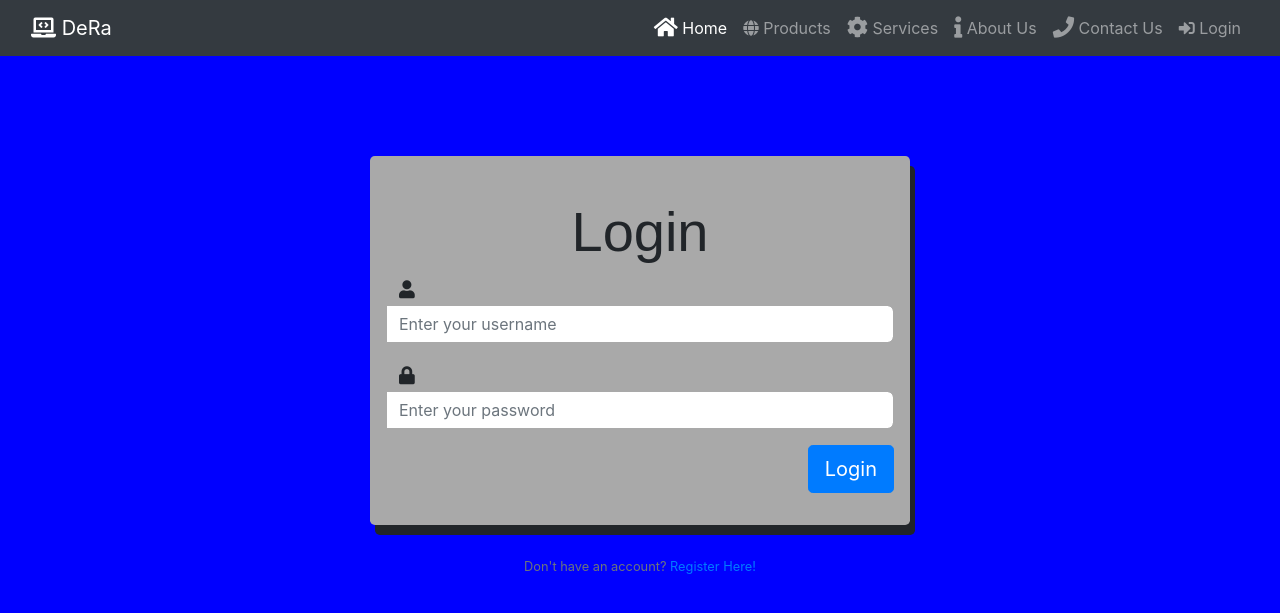
Repository: deividwsantoss/web6201-Lab1
Page: login.html
These files come from the project's save history. The page is drawn as it stood at one moment and after the next save; the edit follows.
The browser window is 1280 px wide. The pictures show the whole page.

Above is the page before, as saved 2021-03-03 16:29:58.

### login.html
<!DOCTYPE html>
<html lang="en">
<head>
    <meta charset="UTF-8">
    <meta name="viewport" content="width=device-width, initial-scale=1.0">
    <title>Login</title>
    <!-- CSS Section -->
    <link rel="stylesheet" href="./node_modules/bootstrap/dist/css/bootstrap.min.css">
    <link rel="stylesheet" href="./node_modules/@fortawesome/fontawesome-free/css/all.min.css">
    <link rel="stylesheet" href="./Content/app.css">
</head>
<body class="bodyLogin">
    <!-- Main Header -->
    <header>
        <!-- Main Navigation -->
        <header>
          <!-- Main Navegation-->
          <nav class="navbar navbar-expand-lg navbar-dark bg-dark">
              <div class="container-fluid">
                <a class="navbar-brand" href="index.html"><i class="fas fa-laptop-code"></i> DeRa</a>
                <button class="navbar-toggler" type="button" data-bs-toggle="collapse" data-bs-target="#navbarSupportedContent" aria-controls="navbarSupportedContent" aria-expanded="false" aria-label="Toggle navigation">
                  <span class="navbar-toggler-icon"></span>
                </button>
                <div class="collapse navbar-collapse" id="navbarSupportedContent">
                  <ul id="mainUl" class="navbar-nav ml-auto mb-2 mb-lg-0">
                    <li class="nav-item">
                      <a class="nav-link active" aria-current="page" href="index.html"><i class="fas fa-home fa-lg"></i> Home</a>
                    </li>
                    <li class="nav-item">
                      <a id="prod" class="nav-link" aria-current="page" href="products.html"><i class="fas fa-globe" name="prod"></i> Products</a>
                    </li>
                    <li class="nav-item">
                      <a class="nav-link" aria-current="page" href="services.html"><i class="fas fa-cog fa-lg"></i> Services</a>
                    </li>
                    <li class="nav-item">
                      <a id="aboutId" class="nav-link" aria-current="page" href="about.html"><i class="fas fa-info fa-lg"></i> About Us</a>
                    </li>
                    <li class="nav-item">
                      <a id="contactId" class="nav-link" aria-current="page" href="contact.html"><i class="fas fa-phone fa-lg"></i> Contact Us</a>
                    </li>
                    <li id="login" class="nav-item">
                      <a class="nav-link" aria-current="page" href="login.html"><i class="fas fa-sign-in-alt"></i> Login</a>
                    </li>
                  </ul>

                </div>
              </div>
            </nav>

      </header>

    <!-- Main Content -->
    <main class="container" id="mainContent">
      <div class="row">
          <div class="offset-md-3 col-md-6 col-sm-12">
                <div class="login" id="contentArea">
                    <h1 class="display-4">Login</h1>
                    <form id="loginForm" novalidate>

                      <div class="form-group">
                        <div class="input-group">
                          <span class="input-group-addon">
                            <i class="fa fa-user">
                            </i>
                          </span>
                          <input type="text" class="form-control" id="contactName" name="userName"  required
                          value="" placeholder="Enter your username">
                        </div>

                      </div>

                      <div class="form-group">
                        <div class="input-group">
                          <span class="input-group-addon">
                            <i class="fa fa-lock">
                            </i>
                          </span>
                          <input type="password" class="form-control" id="password" name="password"  required
                          value="" placeholder="Enter your password">
                        </div>

                      </div>
                      <div class="text-right">
                        <button id="submitButton" type="submit" class="btn btn-primary btn-lg">Login</button>
                      </div>
                    </form>

                </div>
                <p class="text-center text-muted small">
                  Don't have an account?
                  <a href="register.html">Register Here!</a>
                </p>
          </div>
      </div>
  </main>

    <!-- Main Footer -->


    <!-- Script Section-->
    <script src="./node_modules/jquery/dist/jquery.min.js"></script>
    <script src="./node_modules/bootstrap/dist/js/bootstrap.bundle.min.js"></script>
    <script src="./Scripts/namespace.js"></script>
    <script src="./Scripts/app.js"></script>
</body>
</html>

### Content/app.css
/* app.js

Author: Deivid Santos   ID: 100731640
Author: S m hasibur Rahman  ID:100765652

Date Completed: 02.04.2021
*/

html{
    height: 100%;
}
body{
    height: 100%;


}
.bg{
    background-image: url("Background-White.jpg");
    background-repeat: no-repeat;
    background-size: cover;
    background-position: center;
    opacity: 0.8;
    height: 100%;
}

.contactimage{
    background-image:url("contactimg.jpg");
    background-repeat: no-repeat;
    background-size: cover;
    background-position: center;
    opacity: 0.8;
}
.productsbg {
    background-image:url("productsbg.jpg");
    background-repeat: no-repeat;
    background-size: cover;
    background-position: center;
    opacity: 0.8;
    height: 778px;
}

.servicesbackgroud{
    height: 1200px;
    background-image:url("services.jpg");
    background-repeat: repeat;
    background-size: cover;
    background-position: center;
    opacity: 0.8;


}
.aboutus{
    background-image:url("bgimage.jpg");
    background-repeat: no-repeat;
    background-size: cover;
    background-position: center;
    opacity: 0.8;
}
#hrbg{
    background-image:url("hr.jpg");
    background-repeat: no-repeat;
    background-size: cover;
    background-position: center;
    opacity: 0.8;
}

#paragraphOne {
    color: black;
    font-size: 220%;
    margin-top: 25%;
    text-shadow: 2px 2px 4px #000;
    font-family: cursive;
    font-weight: bold;

}
h1{
    margin-top: 2%;
}

#custompg{
    width: 400px;

}

#projectsImg{
    width: 150px;
    margin-top: 10%;
}

#pic{
    width:310px; /* you can use % */
    height: auto;
}
/* */
#formId {
    margin-top: 5%;
}

#aboutmain{
    margin-top: 70px;
}
#dlParagraph{
    margin-top: 10%;
    margin-top: 20%;
    font-size: large;
    font-weight: bold;
}
#scotiaParagraph{
    margin-top: 15%;
    font-size: large;
    font-weight: bold;
}

#mainInformation{
    margin-top: 5%;
    margin-right: 0%;
    margin-left: 0%;
}
#mobileInfo{
    margin-top: 10%;
}

#canadianParagraph {
    margin-top: 15%;
    font-size: large;
    font-weight: bold;
}

.names {
    font-size: larger;
    font-weight: bold;
}

#hrMessage{
    text-align: center;
    margin-top: 200px;
    font-weight: bold;
    font-size: x-large;
}
.input-group-addon:first-child
{
    border-right: 0;
}

.input-group-addon
{
    padding: 6px 12px;
    font-size: 14px;
    font-weight: 400;
    line-height: 1;
    text-align: center;
    border: 1px solid darkgrey;
    border-radius: 4xpx;
}

.input-group-addon .fa
{
    font-size: 18px;
}

.input-group .form-control
{
    position:relative;
    z-index: 2;
    float:left;
    width: 100%;
    margin-bottom: 0;
}

.input-group .form-control:last-child
{
    border-top-left-radius: 0;
    border-bottom-left-radius: 0;
}



.login
{
    padding: 2rem 1rem;
    margin-bottom: 2rem;
    background-color: darkgray;
    border-radius: .3rem;
    margin-top: 100px;
    box-shadow: 5px 10px;
}

.login input
{
    background-color: white;
    border-color: darkgrey;
    border-radius: .4em;
    width: 100%;
}
.login h1{
    position: static;
    text-align:center;
    font-family: sans-serif;
}

body{
    background-color: blue;
}

### Scripts/namespace.js
/*
* Student: Deivid Santos
* ID: 100731640
*/

// namespace core

let core;

### Scripts/app.js
/* app.js

Author: Deivid Santos   ID: 100731640
Author: S m hasibur Rahman  ID:100765652

Date Completed: 02.04.2021
*/


"use strict";

((core) =>
{

    function addHr(){

        let navIn = document.getElementById("mainUl");

        let liCreate = document.createElement('li');

        liCreate.innerHTML = `<a id="prod" class="nav-link" aria-current="page" href="hr.html"><i class="fas fa-globe" name="prod"></i> Human Resources</a>`;

        navIn.insertBefore(liCreate, navIn.getElementsByTagName("li")[4]);

    }

    function addFooter(){


        const body = document.body;
        let footerNav = document.createElement('footer');

        footerNav.innerHTML = `<nav class="navbar fixed-bottom navbar-light bg-light">
        <div class="container-fluid">
          <h4 ><i class="fas fa-copyright fa-sm"></i> Copyright 2021 </h4>
      </div>
        </nav>`

        body.appendChild(footerNav);

    }

    function Projects(){
        let productsElement = document.getElementById("prod");
        let prod = `<a id="prod" class="nav-link" aria-current="page" href="products.html"><i class="fas fa-globe" name="prod"></i> Projects</a>`;


        productsElement.innerHTML = prod;

        let prodNameElement = document.getElementById("prodName");
        let projectName = `<h1 id="prodName" class="text-center">Our Projects</h1>`

        prodNameElement.innerHTML = projectName;
    }
    function displayHome(){
        let paragraphOneText = "Welcome to DeRa Development Website for WebD6201";
        let paragraphOneElement = document.getElementById("paragraphOne");

        paragraphOneElement.textContent = paragraphOneText;
        paragraphOneElement.className = "fs-6 ";
    }
    function displayAbout(){

        let NameOneText = "Deivid Santos";
        let NameOneElemenet = document.getElementById("nameOne");

        NameOneElemenet.innerText = NameOneText;

        let NameTwoText = "Hasibur Rahman";
        let NameTwoElemenet = document.getElementById("nameTwo");

        NameTwoElemenet.innerText = NameTwoText;


    }
    function displayProducts(){

        //deloitte
        let dlText = "DeRa is proud for leading the main developing project for DL."
        let dlElement = document.getElementById("dlParagraph");

        dlElement.textContent = dlText;

        //Scotia
        let scotiaText = "Another Big company we are proud to have worked with"
        let scotiaElement = document.getElementById("scotiaParagraph");

        scotiaElement.textContent = scotiaText;
        // Canadian Tire

        let canadianParagraphText = "In 2020 we had the opportunity to work with one of the biggest companies in Canada! ";
        let canadianElement = document.getElementById("canadianParagraph");

        canadianElement.innerText = canadianParagraphText;

    }
    function displayHR(){
        let hrText = "Please, our Human Resources would be happy to get in touch with you by humanresources@dera.ca";
        let hrElement = document.getElementById("hrMessage");

        hrElement.innerText = hrText;
    }
    function displayServices(){

        //intro text
        let servicesIntroText = "DeRa Development can provide you the best customized solution for you";
        let servicesIntroElement = document.getElementById("serviceIntro");
        servicesIntroElement.textContent = servicesIntroText;

        // custom dev text
        let customParagraphText = "DeRa Development have been delivering successful custom programs to our clients since the date we were born. \nSince DeRa was born we have seen a rapid change in website technology which we were always able to adapt";
        let customParagraphElement = document.getElementById("customParagraph");

        customParagraphElement.innerText = customParagraphText;

        //mobile text

        let mobileParagraphText = "We have the knowledge and skills to provide you the best quality solution for any kind of device. \nMobile development is one of our strengths.";
        let mobileParagraphElement = document.getElementById("mobileInfo");

        mobileParagraphElement.innerText = mobileParagraphText;

        //design paragraph
        let webDesignParagraphText = "Our high quality design makes the user interaction a whole new journey";
        let webDesignParagraphElement = document.getElementById("DesParagraph");

        webDesignParagraphElement.innerText = webDesignParagraphText;
    }
    function displayContact(){

        let messageArea = document.getElementById("messageArea");
        messageArea.hidden = true;

        //Form Validation...

        let fullName = document.getElementById("fullName");
        fullName.addEventListener("blur", function(){
            if(fullName.value.length < 2){
                fullName.focus;
                fullName.select();
                messageArea.hidden = false;
                messageArea.className = "alert alert-danger";
                messageArea.textContent = "Please, Enter an appropriate name."
            }
            else{
                messageArea.removeAttribute("Class");
                messageArea.hidden = true;
            }
        });

        //validating number
        let contactNumber = document.getElementById("contactNumber");
        contactNumber.addEventListener("blur", function(){

            if(contactNumber.value.length < 10 || contactNumber.value.length > 10 )
            {
                contactNumber.focus;
                contactNumber.select();
                messageArea.hidden = false;
                messageArea.className = "alert alert-danger";
                messageArea.textContent = "Please, Insert a valid Number";
            }
            else {
                messageArea.removeAttribute("Class");
                messageArea.hidden = true;
            }

        });

        // Validating short text
        let shortMessage = document.getElementById("shortMessage");
        shortMessage.addEventListener("blur", function(){

            if(shortMessage.value.length > 50){
                shortMessage.focus;
                shortMessage.select();
                messageArea.hidden = false;
                messageArea.className = "alert alert-danger";
                messageArea.textContent = "Maximum characters allowed (50)";
            }
            else{
                messageArea.removeAttribute("Class");
                messageArea.hidden = true;
            }
        });

        let sendButton = document.getElementById("sendButton");
        sendButton.addEventListener("click", function(event){
            event.preventDefault();
        });
        document.getElementById("sendButton").onclick = function (){
            location.href = "index.html"
        };

    }
    function displayLogin(){
        let messageArea = $("#messageArea");
      messageArea.hide();

      $("#loginButton").on("click", function()
      {
        let username = $("#username");
        let password = $("#password");
        let success = false;
        let newUser = new core.User();

        // use ajax to access the json file
        $.get("./Data/users.json", function(data)
        {
          // check each user in the users.json file  (linear search)
          for (const user of data.users)
          {
            if(username.val() == user.Username && password.val() == user.Password)
            {
              newUser.fromJSON(user);
              success = true;
              break;
            }
          }

          // if username and password matches - success... then perform login
          if(success)
          {
            // add user to session storage
            sessionStorage.setItem("user", newUser.serialize());

            // hide any error message
            messageArea.removeAttr("class").hide();

            // redirect user to secure area - contact-list.html
            location.href = "contact-list.html";
          }
          else
          {
            // display an error message
            username.trigger("focus").trigger("select");
            messageArea.show().addClass("alert alert-danger").text("Error: Invalid login information");
          }
        });
      });

      $("#cancelButton").on("click", function()
      {
        // clear the login form
        document.forms[0].reset();
        // return to the home page
        location.href = "index.html";
      });

    }
    function displayContactList()
    {
      if (localStorage.length > 0)
      {
        let contactList = document.getElementById("contactList");

        let data = "";

        for (let index = 0; index < localStorage.length; index++)
        {
          let contactData = localStorage.getItem((index + 1).toString());

          let contact = new core.Contact();
          contact.deserialize(contactData);

          data += `<tr>
          <th scope="row">${index + 1}</th>
          <td>${contact.FullName}</td>
          <td>${contact.ContactNumber}</td>
          <td>${contact.EmailAddress}</td>
          <td class="text-center"><button value="${index + 1}" class="btn btn-primary btn-sm edit"><i class="fas fa-edit fa-sm"></i> Edit</button></td>
          <td class="text-center"><button value="${index + 1}" class="btn btn-danger btn-sm delete"><i class="fas fa-trash-alt fa-sm"></i> Delete</button></td>
        </tr>`;
        }

        contactList.innerHTML = data;

        //TODO - need to create an edit page
        $("button.edit").on("click", function(){
          console.log($(this).val());
         });

         //TODO - need to fix this item - it breaks when we delete a middle item
         $("button.delete").on("click", function(){
           if(confirm("Are you sure?"))
           {
            localStorage.removeItem($(this).val());
            location.href = "contact-list.html"; // refresh the page
           }
         });
      }
    }



    function Start(){
        console.log("App Start...");

        switch (document.title) {

            case 'Home':
                displayHome();
                break;
            case 'About':
                displayAbout();
                break;
            case 'Products':
                displayProducts();
                break;
            case 'Services':
                displayServices();
                break;
            case 'Contact':
                displayContact();
                break;
            case 'HR':
                displayHR();
                break;
            case 'Login':
                displayLogin();
                break;
            case 'Register':
                break;
            case "Contact-List":
                displayContactList();
                break;

        }


    }

  //  window.addEventListener("load",addFooter);
   // window.addEventListener("load",Projects);
   // window.addEventListener("load",Start);
   // window.onload = addHr();

   window.addEventListener("load", Start);

    core.Start = Start;

})(core || (core={}));

Loaded but not shown: node_modules/bootstrap/dist/css/bootstrap.min.css (library); node_modules/@fortawesome/fontawesome-free/css/all.min.css (library); node_modules/jquery/dist/jquery.min.js (library); node_modules/bootstrap/dist/js/bootstrap.bundle.min.js (library)

After the next save:
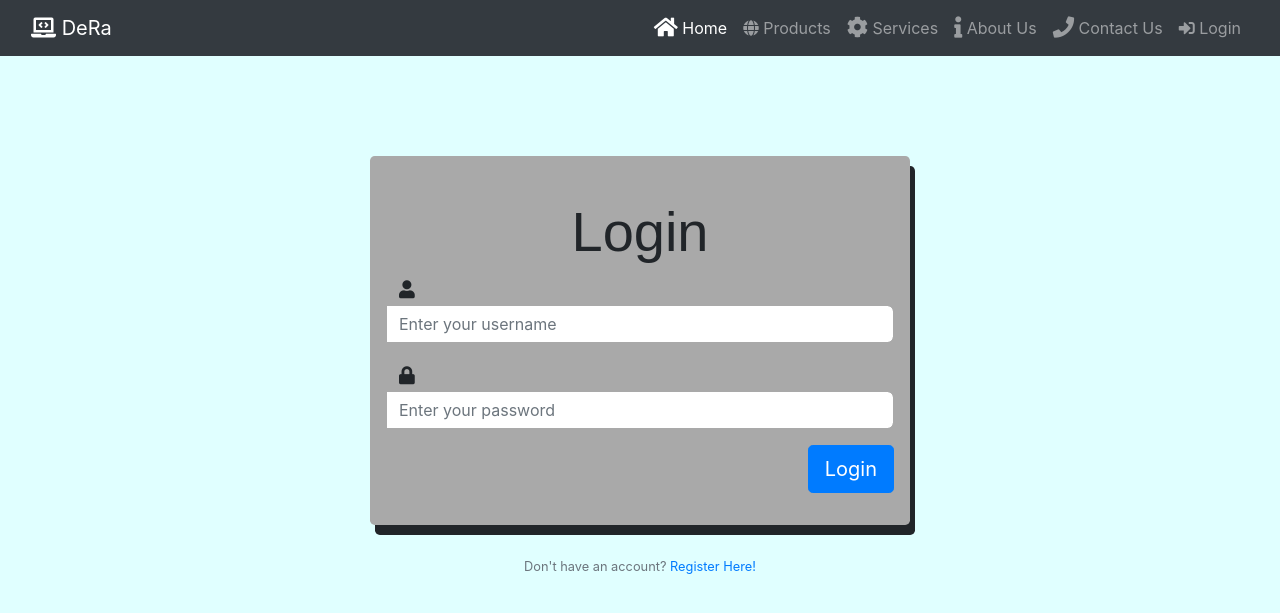
Saved 18 s later.
--- a/Content/app.css
+++ b/Content/app.css
@@ -199,5 +199,5 @@ h1{
 }
 
 body{
-    background-color: blue;
-}
+    background-color: lightcyan;
+}
